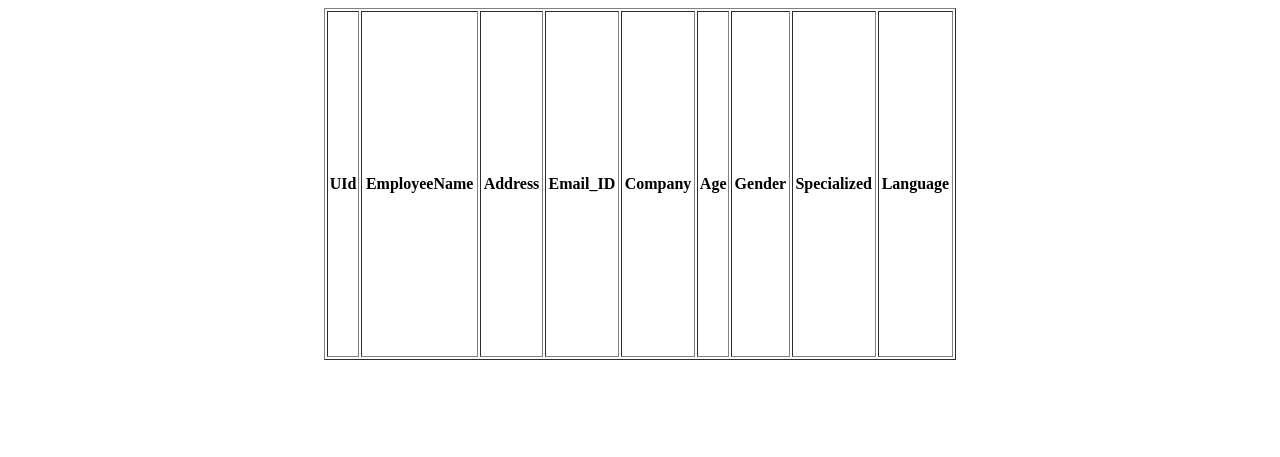
Repository: sunil965/JDBC-Servlet-JSP
Page: http://localhost/JspRegistrationTask/employeeDetails
These files come from the project's save history. The page is drawn as it stood at one moment and after the next save; the edit follows.
The browser window is 1280 px wide. The pictures show the whole page.
The page is served by Tomcat 9. The session is filled in as if someone had signed in: {"userid": 1}. Other server files are loaded and not shown. Queries for data that is not in the repository find no rows.

Above is the page before, as saved 2017-05-03 10:49:33.

### JspRegistrationTask/src/com/bridgeit/jsptask/EmployeeDetails.java
package com.bridgeit.jsptask;

import java.io.IOException;
import java.io.PrintWriter;
import java.sql.Connection;
import java.sql.PreparedStatement;
import java.sql.ResultSet;
import java.sql.SQLException;

import javax.servlet.ServletException;
import javax.servlet.http.HttpServlet;
import javax.servlet.http.HttpServletRequest;
import javax.servlet.http.HttpServletResponse;
import javax.servlet.http.HttpSession;

/*@WebServlet("/employeeDetails")*/
public class EmployeeDetails extends HttpServlet {
	private static final long serialVersionUID = 1L;

	protected void doGet(HttpServletRequest request, HttpServletResponse response)
			throws ServletException, IOException {
		response.setContentType("text/html");
		PrintWriter out = response.getWriter();

		HttpSession session = request.getSession();
		int uid = (int) session.getAttribute("userid");
		Connection conn = DataBase.connect();
		PreparedStatement statement = null;

		try {
			statement = conn.prepareStatement("Select * from EmployeeTable where uid =?");
			statement.setInt(1, uid);
			ResultSet resultSet = statement.executeQuery();
			out.println("<html><body><div align='center'>");
			out.println("<table border=1 width=50% height=50%>");
			out.println(
					"<tr><th>UId</th><th>EmployeeName</th><th>Address</th><th>Email_ID</th><th>Company</th><th>Age</th><th>Gender</th><th>Specialized</th><th>Language</th></tr>");

			while (resultSet.next()) {
				out.println("<tr><td>" + resultSet.getInt(1) + "</td><td>" + resultSet.getString(2) + "</td><td>"
						+ resultSet.getString(3) + "</td><td>" + resultSet.getString(4) + "</td><td>"
						+ resultSet.getString(5) + "</td><td>" + resultSet.getInt(6) + "</td><td>"
						+ resultSet.getString(7) + "</td><td>" + resultSet.getString(8) + "</td><td>"
						+ resultSet.getString(9) + "</td></tr>");

			}
			out.println("</table>");
			out.println("</div></body></html>");
			conn.close();
		} catch (SQLException e) {
			e.printStackTrace();
		}

	}

	protected void doPost(HttpServletRequest request, HttpServletResponse response)
			throws ServletException, IOException {
		// TODO Auto-generated method stub
		doGet(request, response);
	}

}

### JspRegistrationTask/src/com/bridgeit/jsptask/DataBase.java
package com.bridgeit.jsptask;

import java.sql.Connection;
import java.sql.DriverManager;
import java.sql.SQLException;

public class DataBase {
	public static Connection connect(){
		try {
			Class.forName("com.mysql.jdbc.Driver");
		} catch (ClassNotFoundException e) {
			e.printStackTrace();
		}
		Connection conn = null;
		try {
			conn = DriverManager.getConnection("jdbc:mysql://localhost:3306/Todo", "root", "password");
		} catch (SQLException e) {
			e.printStackTrace();
		}
		return conn;
	}

}

After the next save:
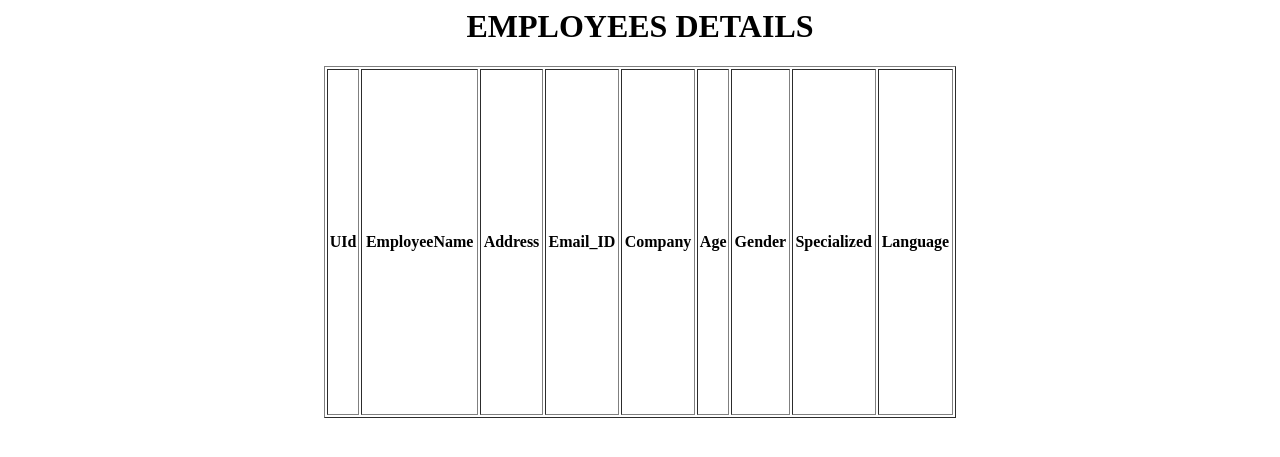
Saved 98 s later.
--- a/JspRegistrationTask/src/com/bridgeit/jsptask/EmployeeDetails.java
+++ b/JspRegistrationTask/src/com/bridgeit/jsptask/EmployeeDetails.java
@@ -32,6 +32,7 @@ public class EmployeeDetails extends HttpServlet {
 			statement.setInt(1, uid);
 			ResultSet resultSet = statement.executeQuery();
 			out.println("<html><body><div align='center'>");
+			out.println("<h1>EMPLOYEES DETAILS</h1>");
 			out.println("<table border=1 width=50% height=50%>");
 			out.println(
 					"<tr><th>UId</th><th>EmployeeName</th><th>Address</th><th>Email_ID</th><th>Company</th><th>Age</th><th>Gender</th><th>Specialized</th><th>Language</th></tr>");
